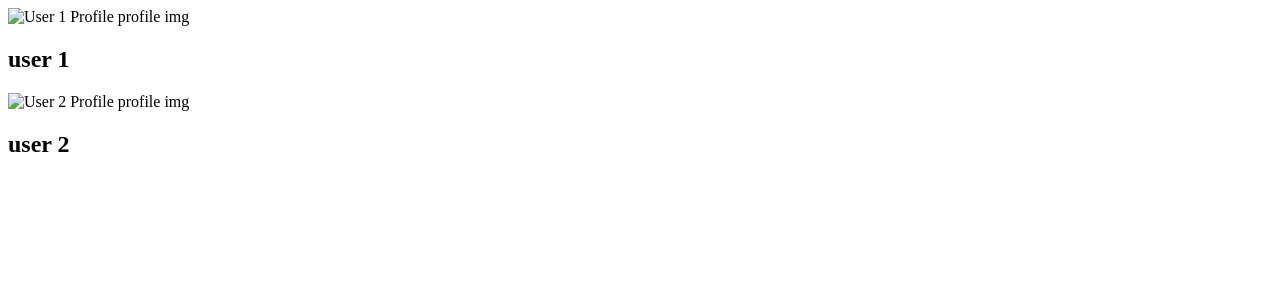
Repository: ChristopherCardoza/Web-1-AquariumManager-Final-Project-2025
Page: AquariumManager/features/profile-selection/profile-selection.html
An editor plug-in stored every save of this project. The page is shown before and after the next save, followed by the edit.
The browser window is 1280 px wide. The pictures show the whole page.

Above is the page before, as saved 2025-12-22 21:49:21.

### AquariumManager/features/profile-selection/profile-selection.html
<!DOCTYPE html>
<html lang="en">
  <head>
    <meta charset="UTF-8" />
    <meta name="viewport" content="width=device-width, initial-scale=1.0" />
    <title>Profile Selection</title>
    <script
      src="https://code.jquery.com/jquery-3.7.1.min.js"
      integrity="sha256-/JqT3SQfawRcv/BIHPThkBvs0OEvtFFmqPF/lYI/Cxo="
      crossorigin="anonymous"
    ></script>
    <!-- Add styles -->
    <script type="module" defer src="profile-selection.js"></script>
  </head>
  <body>
    <!-- Modal Overlay Look -->
    <div id="profile-selection-modal" class="modal-overlay">
        <div class="profile-selection-container">
            <!-- Card 1: User 1 (Pre-setup Account) -->
            <div class="profile-card" data-profile-id="user-1">
                <div class="profile-image-container">
                    <img id="user1-profile-img" class="profile-image" src="" alt="User 1 Profile">
                    <span class="profile-img-placeholder">profile img</span>
                </div>
                <h2 class="profile-username" id="user1-username">user 1</h2>
            </div>

            <!-- Card 2: User 2 (Pre-setup Account) -->
            <div class="profile-card" data-profile-id="user-2">
                <div class="profile-image-container">
                    <img id="user2-profile-img" class="profile-image" src="" alt="User 2 Profile">
                    <span class="profile-img-placeholder">profile img</span>
                </div>
                <h2 class="profile-username" id="user2-username">user 2</h2>
            </div>

  </body>
</html>

Loaded but not shown: AquariumManager/features/profile-selection/profile-selection.js (no stored copy; drawn as an empty file)

After the next save:
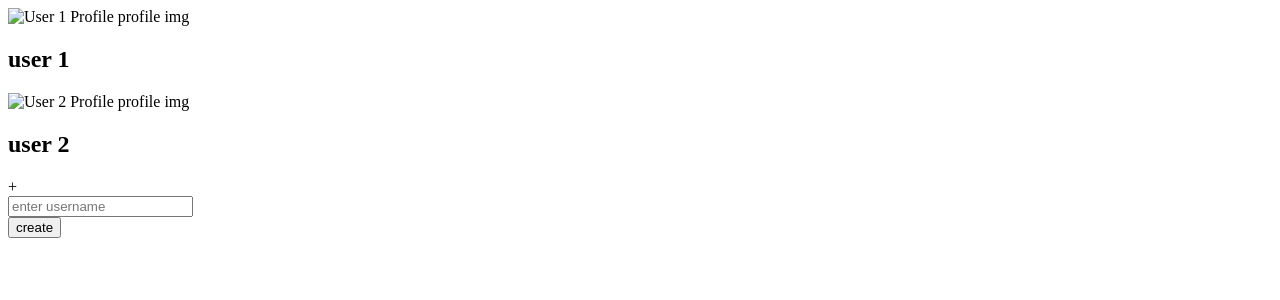
Saved 7 min 7 s later.
--- a/AquariumManager/features/profile-selection/profile-selection.html
+++ b/AquariumManager/features/profile-selection/profile-selection.html
@@ -15,24 +15,82 @@
   <body>
     <!-- Modal Overlay Look -->
     <div id="profile-selection-modal" class="modal-overlay">
-        <div class="profile-selection-container">
-            <!-- Card 1: User 1 (Pre-setup Account) -->
-            <div class="profile-card" data-profile-id="user-1">
-                <div class="profile-image-container">
-                    <img id="user1-profile-img" class="profile-image" src="" alt="User 1 Profile">
-                    <span class="profile-img-placeholder">profile img</span>
-                </div>
-                <h2 class="profile-username" id="user1-username">user 1</h2>
+      <div class="profile-selection-container">
+        <!-- Card 1: User 1 (Pre-setup Account) -->
+        <div class="profile-card" data-profile-id="user-1">
+          <div class="profile-image-container">
+            <img
+              id="user1-profile-img"
+              class="profile-image"
+              src=""
+              alt="User 1 Profile"
+            />
+            <span class="profile-img">profile img</span>
+          </div>
+          <h2 class="profile-username" id="user1-username">user 1</h2>
+        </div>
+
+        <!-- Card 2: User 2 (Pre-setup Account) -->
+        <div class="profile-card" data-profile-id="user-2">
+          <div class="profile-image-container">
+            <img
+              id="user2-profile-img"
+              class="profile-image"
+              src=""
+              alt="User 2 Profile"
+            />
+            <!-- Fill in images later -->
+            <span class="profile-img">profile img</span>
+          </div>
+          <h2 class="profile-username" id="user2-username">user 2</h2>
+        </div>
+
+        <!-- Card 3: Custom User (Form) -->
+        <div class="profile-card custom-user-card" id="custom-user-card">
+          <div class="custom-user-form">
+            <!-- Profile Picture Upload -->
+            <div class="profile-image-container">
+              <label for="custom-profile-pic" class="profile-upload-label">
+                <img
+                  id="custom-profile-preview"
+                  class="profile-image"
+                  src=""
+                  alt="Custom Profile"
+                  style="display: none"
+                />
+                <span class="profile-upload">
+                  <span class="upload-plus-icon">+</span>
+                </span>
+                <input
+                  type="file"
+                  id="custom-profile-pic"
+                  name="profilePic"
+                  accept="image/*"
+                  style="display: none"
+                />
+              </label>
+            </div>
+            <!-- Username Input -->
+            <div class="username-input-container">
+              <input
+                type="text"
+                id="custom-username"
+                class="input username-input"
+                placeholder="enter username"
+                maxlength="50"
+              />
             </div>
 
-            <!-- Card 2: User 2 (Pre-setup Account) -->
-            <div class="profile-card" data-profile-id="user-2">
-                <div class="profile-image-container">
-                    <img id="user2-profile-img" class="profile-image" src="" alt="User 2 Profile">
-                    <span class="profile-img-placeholder">profile img</span>
-                </div>
-                <h2 class="profile-username" id="user2-username">user 2</h2>
-            </div>
-
+            <!-- Create Profile Button -->
+            <button
+              id="create-custom-profile-btn"
+              class="btn btn-primary create-profile-btn"
+            >
+              create
+            </button>
+          </div>
+        </div>
+      </div>
+    </div>
   </body>
 </html>
